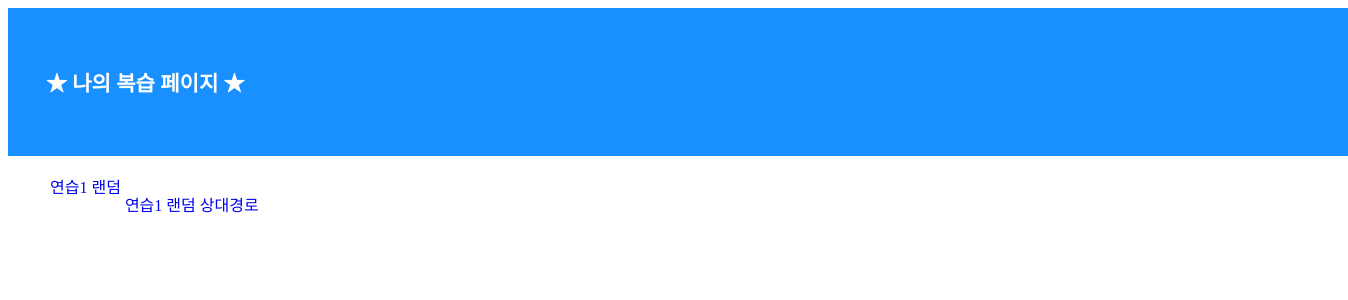
Repository: yoonseo0832/workspace
Page: 05_server/00_Practice/src/main/webapp/index.html
An editor plug-in stored every save of this project. The page is shown before and after the next save, followed by the edit.
The browser window is 1280 px wide. The page is 1348 px wide, so the pictures cover 1348 px, including what lies to the right of the window. The pictures show the whole page.

Above is the page before, as saved 2025-03-20 03:52:11.

### 05_server/00_Practice/src/main/webapp/index.html
<!DOCTYPE html>
<html>
<head>
<meta charset="UTF-8">
<title>Insert title here</title>
<style>
	header { width: 100%; padding: 3%; background-color: #1990ff; color: #fff; font-size: large; }

	nav ul { list-style-type: none; }
	nav ul li { float: left; padding:2px; }
	nav ul li:hover { background-color: #1990ff; color:#fff; border: 1px solid #fff; }
	nav ul li a { text-decoration: none; cursor: pointer; }
</style>
</head>
<body>
	<header>
		<h3>★ 나의 복습 페이지 ★</h3>
	</header>
	<nav>
		<ul>
			<!-- TODO: practice1_random.html 파일로 이동하기 위한 링크 생성 -->
			<li><a href="/practice/views/practice1_random.html">연습1 랜덤</a></li>
			<br>
			<li><a href="views/practice1_random.html">연습1 랜덤 상대경로</a></li>
		</ul>
	</nav>
</body>
</html>

After the next save:
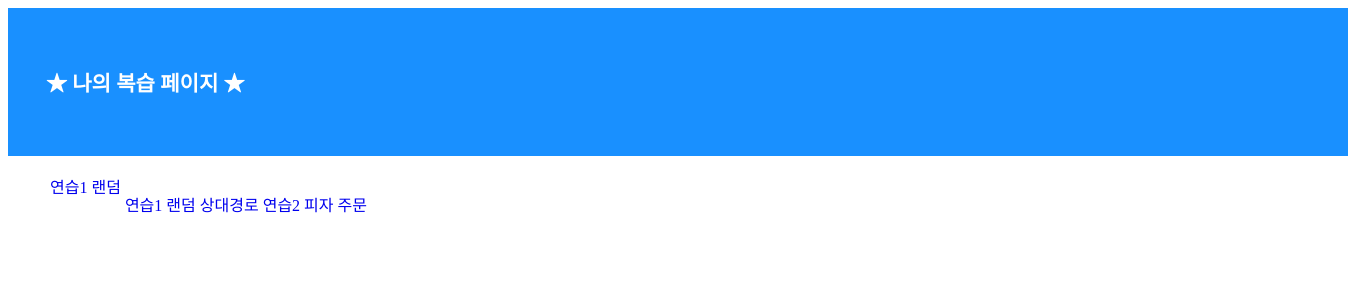
Saved 70 min 11 s later.
--- a/05_server/00_Practice/src/main/webapp/index.html
+++ b/05_server/00_Practice/src/main/webapp/index.html
@@ -22,6 +22,8 @@
 			<li><a href="/practice/views/practice1_random.html">연습1 랜덤</a></li>
 			<br>
 			<li><a href="views/practice1_random.html">연습1 랜덤 상대경로</a></li>
+
+			<li><a href="views/practice2_pizza">연습2 피자 주문</a></li>
 		</ul>
 	</nav>
 </body>
